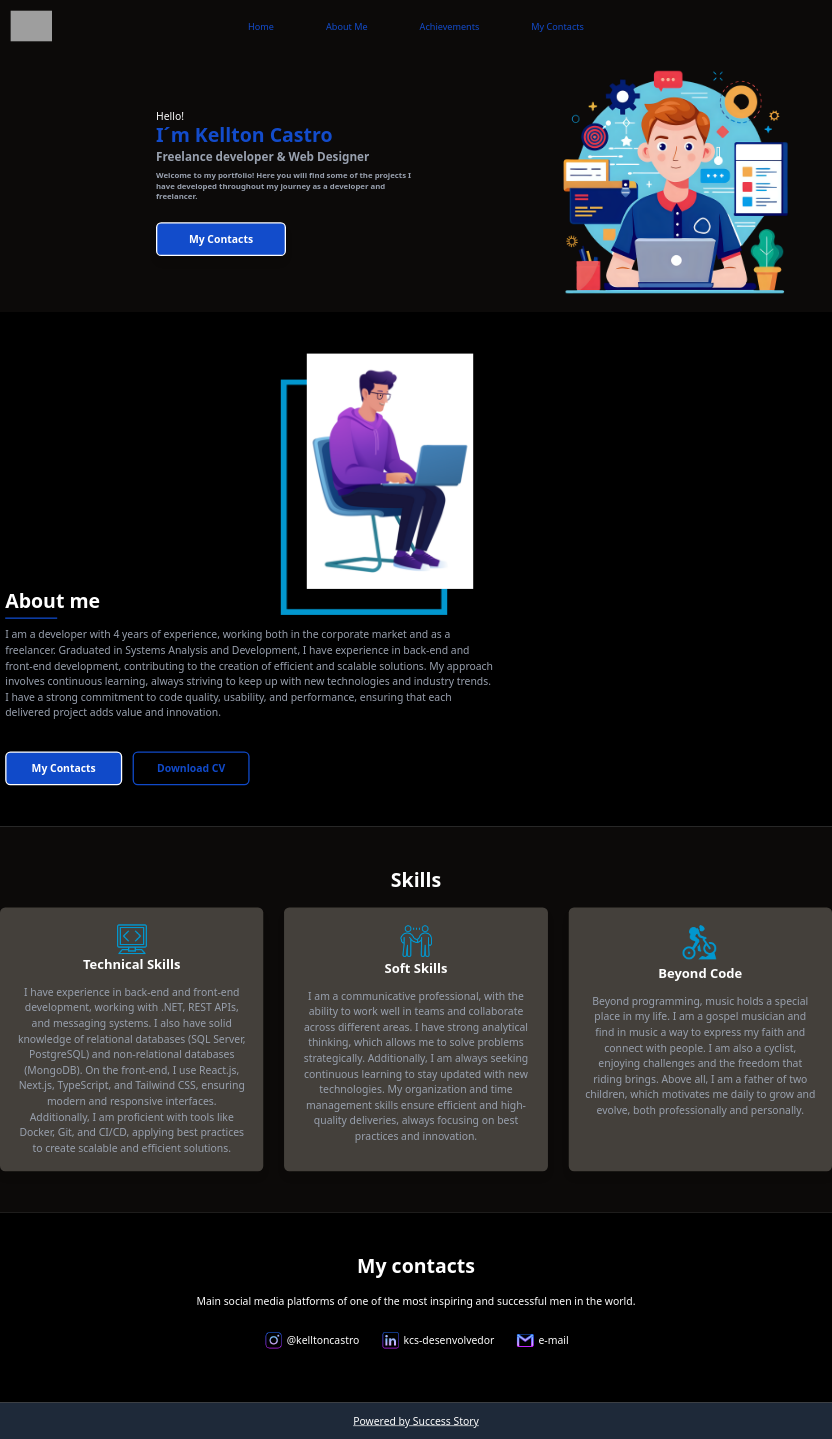
Repository: kcsdesenvolvedor/portfolio
Page: src/index.html
An editor plug-in stored every save of this project. The page is shown before and after the next save, followed by the edit.
The browser window is 1280 px wide. The pictures show the whole page, at 65% of full size.
Pictures or frames that could not be fetched are drawn as grey boxes.

Above is the page before, as saved 2025-02-21 21:08:43.
Console error: TypeError: Cannot read properties of null (reading 'textContent')

After the next save:
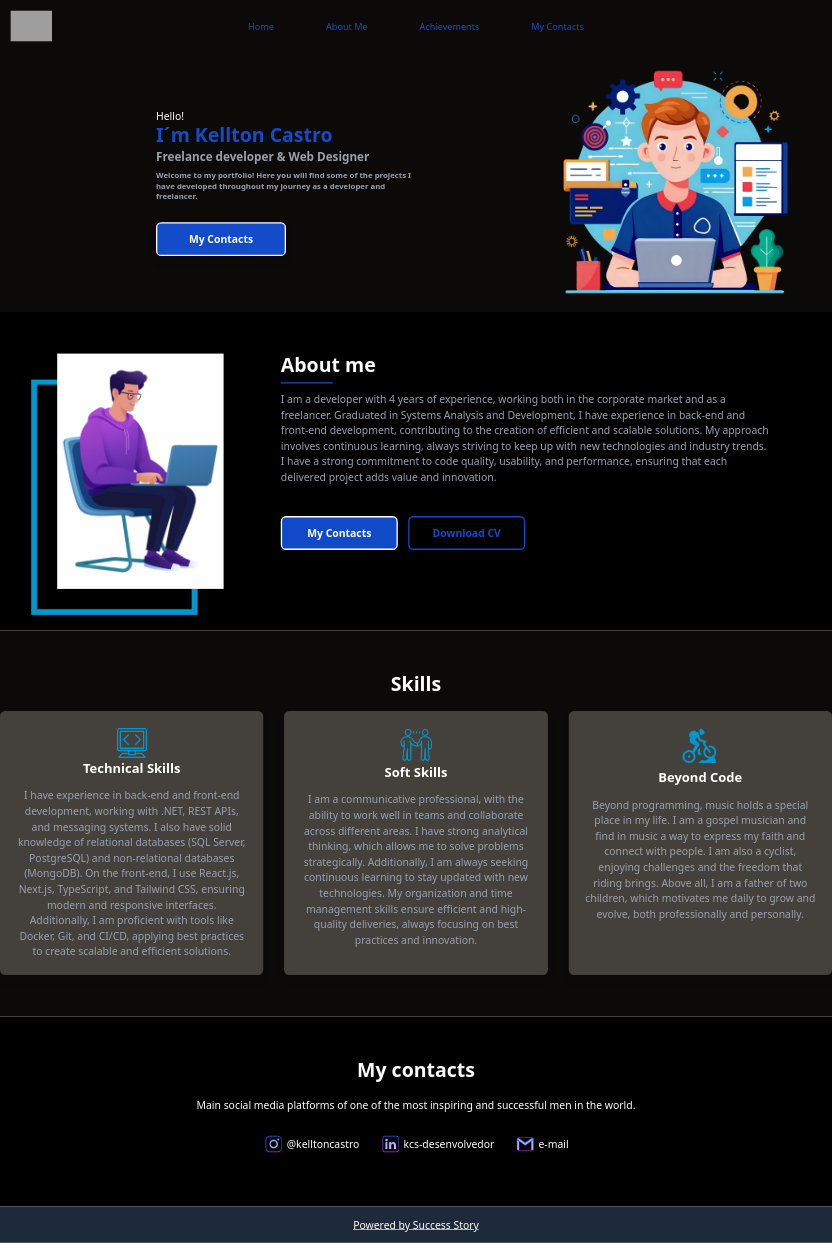
Saved 27 s later.
--- a/src/index.html
+++ b/src/index.html
@@ -146,8 +146,8 @@
     </section>
 
     <!-- Sobre -->
-    <section id="about" class="flex flex-col content-center justify-center space-x-20 py-16 bg-black border-r-gray-900 fade-in">
-        <div class="relative self-center">
+    <section id="about" class="flex content-center justify-center space-x-20 py-16 bg-black border-r-gray-900 fade-in">
+        <div class="lg:relative">
             <!-- Moldura (posição de fundo) -->
             <img src="./img/moldura.png" class="w-3xs h-3xs absolute -left-10 top-10" alt="moldura do perfil">
 
